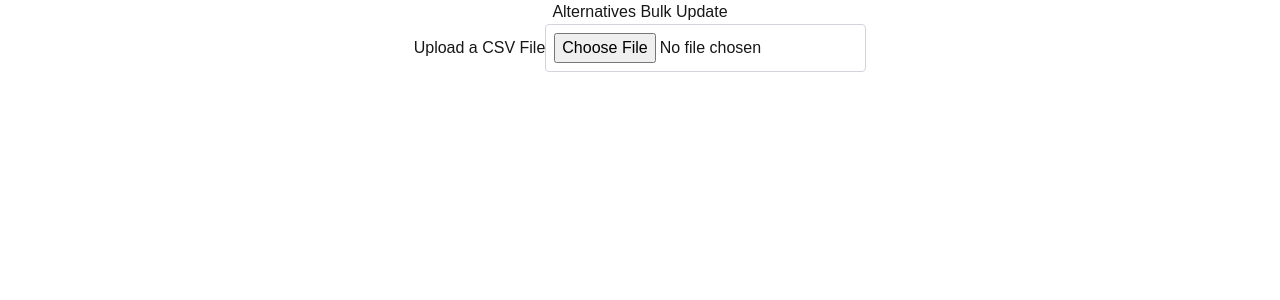
Repository: Ganesh-General-Traffic/Alternatives
Page: / (app in alternatives-bulk/)
The author's editor kept a copy of each file at every save. The page is drawn from the files as they stood at one save, then again after the next save.
The browser window is 1280 px wide. The pictures show the whole page.
The project was rebuilt for these pictures with package versions that can differ from the ones it lists, and the page was loaded fresh each time. The framework's server and built-in components were replaced by stand-ins that run in the browser. Also part of the build but not shown: alternatives-bulk/next.config.ts.

Above is the page before, as saved 2024-12-09 10:58:36.

### alternatives-bulk/app/page.tsx
export default function Home() {
  return (
    <>
      <p className="w-full text-center">Alternatives Bulk Update</p>
      <div className="mx-auto max-w-max">
        <label htmlFor="csvFile">
          Upload a CSV File
          <input
            type="file"
            name="csvFile"
            id="csvFile"
            accept=".csv"
            className="border border-gray-300 rounded p-2"
          />
        </label>
      </div>
    </>
  );
}

Loaded but not shown: alternatives-bulk/app/layout.tsx (common file); alternatives-bulk/app/globals.css (common file); alternatives-bulk/tailwind.config.ts (common file)

After the next save:
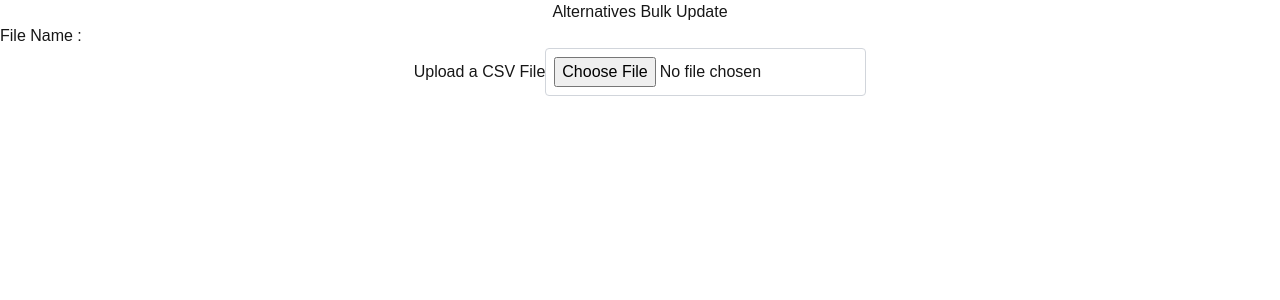
Saved 62 s later.
--- a/alternatives-bulk/app/page.tsx
+++ b/alternatives-bulk/app/page.tsx
@@ -2,6 +2,7 @@ export default function Home() {
   return (
     <>
       <p className="w-full text-center">Alternatives Bulk Update</p>
+      <div>File Name : </div>
       <div className="mx-auto max-w-max">
         <label htmlFor="csvFile">
           Upload a CSV File
